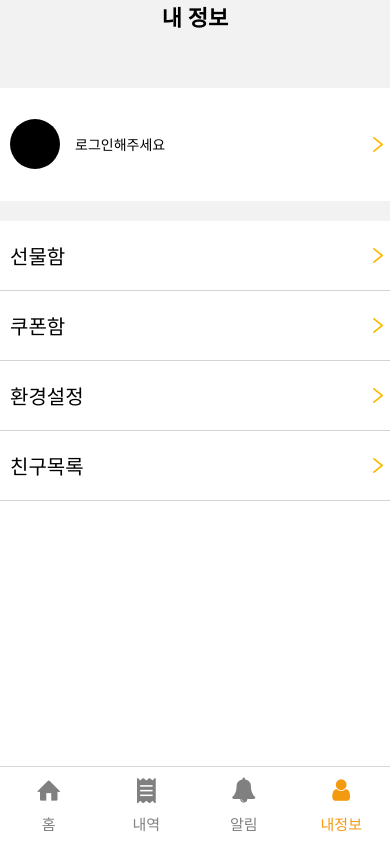
Repository: Unique0902/GachiDutch
Screen: /User
The author's editor kept a copy of each file at every save. The screen is drawn from the files as they stood at one save, then again after the next save.
The app was drawn by React Native's web renderer in a window 390 px wide. The project was rebuilt for these pictures with package versions that can differ from the ones it lists, and the page was loaded fresh each time. Some packages were replaced by stand-ins written for this rebuild. Also part of the build but not shown: sources/components/lowBar/lowBar.jsx, sources/components/taxi/taxi.jsx, sources/components/alarm/alert.js, sources/components/alarm/alarm.jsx, sources/components/dutch_history/dutch_history.jsx, sources/components/dutchpay_historys/dutchpay_historys.jsx, sources/components/delivery_historys/delivery_historys.jsx, sources/components/taxi_historys/taxi_historys.jsx and 3 more.

Above is the screen before, as saved 2022-11-11 17:05:30.

### App.js
import React from 'react';
import { StyleSheet, Text, View, Image } from 'react-native';
import Home from './sources/components/home/home';
import { NavigationContainer } from '@react-navigation/native';
import { createNativeStackNavigator } from '@react-navigation/native-stack';
import Taxi from './sources/components/taxi/taxi';
import Main from './sources/routes/main/main';
import Login from './sources/routes/login/login';
import HttpClient from './sources/network/http.js';
import ReceiptService from './sources/services/receipt.js';
import Ready from './sources/components/ready/ready';

const Stack = createNativeStackNavigator();
const baseURL = 'https://dutch-server.herokuapp.com';
const httpClient = new HttpClient(baseURL);
const receiptService = new ReceiptService(baseURL);

export default function App() {
  return (
    <>
      <NavigationContainer>
        <Stack.Navigator screenOptions={{ headerShown: false }}>
          <Stack.Screen
            name='Main'
            children={({ navigation, route }) => (
              <Main
                receiptService={receiptService}
                navigation={navigation}
                route={route}
              />
            )}
          />
          <Stack.Screen name='Taxi' component={Taxi} />
          <Stack.Screen name='Login' component={Login} />
          <Stack.Screen name='Ready' component={Ready} />
        </Stack.Navigator>
      </NavigationContainer>
    </>
  );
}

const styles = StyleSheet.create({
  header: {
    flexDirection: 'row',
    alignItems: 'center',
    justifyContent: 'space-between',
    margin: 25,
  },
  main: {},
  container: {
    flex: 1,
    backgroundColor: '#fff',
    alignItems: 'center',
    justifyContent: 'center',
  },
  logo: {
    width: 150,
    height: 30,
  },
});

### sources/components/home/home.jsx
import React, { useRef, useState, useEffect } from 'react';
import {
  StyleSheet,
  Text,
  View,
  Image,
  Button,
  Pressable,
  ScrollView,
  Dimensions,
} from 'react-native';
import { Entypo } from '@expo/vector-icons';
import { FontAwesome } from '@expo/vector-icons';
import { FontAwesome5 } from '@expo/vector-icons';
import LowBar from '../lowBar/lowBar';
import { isLogin, getUid } from '../../services/asyncstorage';
import { StatusBar } from 'react-native';

const Home = ({ login, setLogin, navigation, setUserData, userData }) => {
  const [scrollNum, setScrollNum] = useState(1);
  const windowWidth = Dimensions.get('window').width;
  const statusBarHeight = StatusBar.currentHeight;
  const headerStyle = {
    marginTop: statusBarHeight,
  };
  let advertisementWidth = windowWidth - 40;
  const scrollWidth = parseInt(advertisementWidth);
  let scrollLeft = 0;

  const advertisementStyle = () => {
    return {
      width: advertisementWidth,
    };
  };
  const pageCircleStyle = (num) => {
    if (scrollNum === num) {
      return {
        color: '#FB9700',
      };
    } else {
      return {
        color: '#FFFDD1',
      };
    }
  };
  const scrollRef = useRef();
  return (
    <View style={[styles.home, headerStyle]}>
      <View style={styles.top}>
        <View style={styles.header}>
          <Image
            source={require('../../images/dutch_logo.png')}
            style={styles.logo}
          />
          <Pressable
            onPress={() => {
              navigation.navigate('Ready');
            }}
          >
            <Entypo name='menu' size={35} color='black' />
          </Pressable>
        </View>
        <View style={styles.mainTop}>
          {login ? (
            <View style={styles.onLogin}>
              <Text style={styles.onLoginText}>
                {userData && userData.name}님 반가워요!
              </Text>
            </View>
          ) : (
            <View style={styles.login}>
              <View style={styles.loginTop}>
                <Pressable
                  style={styles.loginBtn}
                  onPress={() =>
                    navigation.navigate('Login', { setLogin, setUserData })
                  }
                >
                  <Text style={[styles.loginText, styles.loginBtnText]}>
                    로그인
                  </Text>
                </Pressable>
                <Text style={styles.loginText}>하시고</Text>
              </View>
              <Text style={styles.loginText}>다양한 혜택을 만나 보세요!</Text>
            </View>
          )}
          <View style={styles.advertisementBox}>
            <ScrollView
              horizontal
              pagingEnabled
              contentContainerStyle={styles.advertisementScroll}
              ref={scrollRef}
              onScroll={(e) => {
                scrollLeft = parseInt(e.nativeEvent.contentOffset.x);
                if (scrollLeft % scrollWidth < 10) {
                  setScrollNum(parseInt(scrollLeft / scrollWidth + 1));
                }
              }}
              scrollEventThrottle={100}
              showsHorizontalScrollIndicator={false}
            >
              <Pressable
                style={[styles.advertisement, advertisementStyle()]}
                onPress={() => {
                  navigation.navigate('Ready');
                }}
              >
                <Image
                  source={require('../../images/advertisement_img.png')}
                  style={styles.advertisementImg}
                />
                <Text style={styles.advertisementText}>
                  같이 더치로{'\n'}편리하게 이용하세요
                </Text>
              </Pressable>
              <Pressable
                style={[styles.advertisement, advertisementStyle()]}
                onPress={() => {
                  navigation.navigate('Ready');
                }}
              >
                <Image
                  source={require('../../images/advertisement_img.png')}
                  style={styles.advertisementImg}
                />
                <Text style={styles.advertisementText}>
                  같이 더치로{'\n'}편리하게 이용하세요
                </Text>
              </Pressable>
              <Pressable
                style={[styles.advertisement, advertisementStyle()]}
                onPress={() => {
                  navigation.navigate('Ready');
                }}
              >
                <Image
                  source={require('../../images/advertisement_img.png')}
                  style={styles.advertisementImg}
                />
                <Text style={styles.advertisementText}>
                  같이 더치로{'\n'}편리하게 이용하세요
                </Text>
              </Pressable>
              <Pressable
                style={[styles.advertisement, advertisementStyle()]}
                onPress={() => {
                  navigation.navigate('Ready');
                }}
              >
                <Image
                  source={require('../../images/advertisement_img.png')}
                  style={styles.advertisementImg}
                />
                <Text style={styles.advertisementText}>
                  같이 더치로{'\n'}편리하게 이용하세요
                </Text>
              </Pressable>
            </ScrollView>
            <View style={styles.pageCircles}>
              <FontAwesome
                style={[styles.pageCircle, pageCircleStyle(1)]}
                name='circle'
                size={10}
                color='white'
              />
              <FontAwesome
                style={[styles.pageCircle, pageCircleStyle(2)]}
                name='circle'
                size={10}
                color='white'
              />
              <FontAwesome
                style={[styles.pageCircle, pageCircleStyle(3)]}
                name='circle'
                size={10}
                color='white'
              />
              <FontAwesome
                style={[styles.pageCircle, pageCircleStyle(4)]}
                name='circle'
                size={10}
                color='white'
              />
            </View>
          </View>
        </View>
      </View>
      <Pressable
        style={styles.event}
        onPress={() => {
          navigation.navigate('Ready');
        }}
      >
        <View>
          <Text style={[styles.eventText, { fontSize: 20 }]}>
            이벤트 {'   '}|
          </Text>
        </View>
        <Text style={[styles.eventText, { fontSize: 15, marginLeft: 20 }]}>
          같이더치 월 결제로 10% 할인받자!
        </Text>
        <Text style={[styles.eventText, { fontSize: 20, marginLeft: 20 }]}>
          {'>'}
        </Text>
      </Pressable>

      <View style={styles.mainBottom}>
        <View style={styles.categories}>
          <View style={styles.topBtns}>
            <View style={styles.btnShadow}>
              <Pressable
                style={styles.goodsBtn}
                onPress={() => {
                  if (login) {
                    navigation.navigate('Taxi', { userData });
                  } else {
                    navigation.navigate('Login', { setLogin, setUserData });
                  }
                }}
              >
                <Image
                  source={require('../../images/taxi_img.png')}
                  style={styles.taxiImg}
                />
                <Text style={[styles.goodText, { marginTop: 20 }]}>택시</Text>
              </Pressable>
            </View>
            <View style={styles.btnShadow}>
              <Pressable
                style={styles.goodsBtn}
                onPress={() => {
                  navigation.navigate('Ready');
                }}
              >
                <Image
                  source={require('../../images/delivery_img.png')}
                  style={styles.taxiImg}
                />
                <Text style={[styles.goodText, { marginTop: 20 }]}>배달</Text>
              </Pressable>
            </View>
          </View>
          <View style={styles.downBtns}>
            <View style={styles.btnShadow}>
              <Pressable
                style={styles.downGoodsBtn}
                onPress={() => {
                  navigation.navigate('Ready');
                }}
              >
                <Image
                  source={require('../../images/taxi_human_img.png')}
                  style={styles.peopleImg}
                />
                <Text
                  style={[styles.goodText, { marginRight: 20, marginLeft: 20 }]}
                >
                  지인끼리
                </Text>
                <Image
                  source={require('../../images/location_img.png')}
                  style={styles.peopleImg}
                />
              </Pressable>
            </View>
          </View>
        </View>
      </View>
    </View>
  );
};

export default Home;

const styles = StyleSheet.create({
  home: {
    flex: 1,
    flexDirection: 'column',
  },
  loginText: {
    paddingVertical: 5,
  },
  header: {
    flexDirection: 'row',
    alignItems: 'center',
    justifyContent: 'space-between',
    margin: 0,
    flex: 1,
  },
  mainTop: {
    flex: 6,
  },
  top: {
    flex: 6,
    padding: 20,
  },
  loginBtn: {},
  login: {
    flex: 2,
    marginTop: 15,
  },
  onLogin: {
    flex: 2,
    marginTop: 15,
  },
  onLoginText: {
    marginTop: 10,
    fontSize: 25,
    fontWeight: '600',
    color: '#444444',
  },
  loginTop: {
    flexDirection: 'row',
    alignItems: 'center',
  },
  loginText: {
    fontSize: 18,
    color: '#444444',
  },
  loginBtnText: {
    color: '#F39910',
    textDecorationLine: 'underline',
    textDecorationStyle: 'solid',
    textDecorationColor: '#000',
  },
  mainBottom: {
    flex: 6,
    padding: 15,
  },
  advertisementScroll: {
    borderRadius: 15,
    position: 'relative',
  },
  advertisementBox: {
    flex: 4,
  },
  advertisement: {
    backgroundColor: '#FBBA00',
    borderRadius: 15,
    position: 'relative',
  },
  advertisementText: {
    color: 'white',
    fontSize: 20,
    fontWeight: '800',
    marginLeft: 30,
    marginTop: 25,
  },
  advertisementImg: {
    width: '100%',
    height: '87%',
    position: 'absolute',
    borderRadius: 20,
    bottom: 0,
  },
  pageCircles: {
    flexDirection: 'row',
    position: 'absolute',
    alignItems: 'center',
    bottom: 4,
    left: 140,
  },
  pageCircle: {
    marginLeft: 3,
    marginRight: 3,
  },
  event: {
    flex: 1,
    backgroundColor: '#3C4451',
    flexDirection: 'row',
    justifyContent: 'center',
    alignItems: 'center',
  },
  categories: {
    flex: 1,
  },
  topBtns: {
    flexDirection: 'row',
    flex: 3,
  },
  downBtns: {
    flex: 2,
  },
  goodsBtn: {
    borderRadius: 20,
    backgroundColor: 'white',
    width: '100%',
    height: '100%',
    alignItems: 'center',
    justifyContent: 'center',
  },
  downGoodsBtn: {
    borderRadius: 20,
    backgroundColor: 'white',
    width: '100%',
    height: '100%',
    flexDirection: 'row',
    justifyContent: 'center',
    alignItems: 'center',
  },
  goodText: {
    fontSize: 20,
    fontWeight: '600',
  },
  btnShadow: {
    flex: 1,
    shadowOffset: {
      width: 0,
      height: 1,
    },
    shadowOpacity: 0.18,
    borderRadius: 20,
    shadowRadius: 1.0,
    elevation: 1,
    margin: 5,
  },
  eventText: {
    color: 'white',
  },
  taxiImg: {
    width: 90,
    height: 90,
  },
  peopleImg: {
    width: 60,
    height: 67,
  },
  logo: {
    width: 150,
    height: 30,
  },
});

### sources/routes/main/main.jsx
import React, { useEffect, useRef, useState } from 'react';
import { View, Button, Text } from 'react-native';
import Home from '../../components/home/home';
import LowBar from '../../components/lowBar/lowBar';
import User from '../../components/user/user';
import Alarm from '../../components/alarm/alarm';
import Receipt from '../../components/receipt/receipt';
import { createBottomTabNavigator } from '@react-navigation/bottom-tabs';
import { Entypo } from '@expo/vector-icons';
import { FontAwesome } from '@expo/vector-icons';
import { FontAwesome5 } from '@expo/vector-icons';
import { isLogin, matchUserData } from '../../services/asyncstorage';

const Tab = createBottomTabNavigator();

const Main = ({ receiptService, navigation, route }) => {
  const [login, setLogin] = useState(false);
  const [userData, setUserData] = useState(null);
  useEffect(() => {
    isLogin().then((result) => {
      if (result) {
        setLogin(true);
        console.log('로그인 되어있음!');
        matchUserData(setUserData);
      } else {
        setLogin(false);
        console.log('로그인 안되어있음!');
      }
    });
  }, [login]);
  return (
    <>
      <View style={{ flex: 14 }}>
        <Tab.Navigator
          screenOptions={({ route }) => ({
            tabBarIcon: ({ color, size }) => {
              if (route.name === 'Home') {
                return <Entypo name='home' size={size} color={color} />;
              } else if (route.name === 'Receipt') {
                return (
                  <FontAwesome5 name='receipt' size={size} color={color} />
                );
              } else if (route.name === 'Alarm') {
                return <FontAwesome name='bell' size={size} color={color} />;
              } else if (route.name === 'User') {
                return <FontAwesome name='user' size={size} color={color} />;
              }
            },
            tabBarStyle: { flex: 0.1 },
            tabBarLabelStyle: {
              fontSize: 15,
              marginBottom: 10,
              fontWeight: '500',
            },
            tabBarActiveTintColor: '#F49A11',
            tabBarInactiveTintColor: 'gray',
            headerShown: false,
          })}
        >
          <Tab.Screen
            name='Home'
            options={({ route, navigation }) => {
              return { tabBarLabel: '홈' };
            }}
            children={({ navigation }) => (
              <Home
                login={login}
                setLogin={setLogin}
                navigation={navigation}
                setUserData={setUserData}
                userData={userData}
              />
            )}
          />
          <Tab.Screen
            name='Receipt'
            options={({ route, navigation }) => {
              return { tabBarLabel: '내역' };
            }}
            children={({ navigation, route }) => (
              <Receipt
                login={login}
                navigation={navigation}
                receiptService={receiptService}
                userData={userData}
                route={route}
              />
            )}
          />
          <Tab.Screen
            options={({ route, navigation }) => {
              return { tabBarLabel: '알림' };
            }}
            name='Alarm'
            children={({ navigation }) => (
              <Alarm login={login} navigation={navigation} />
            )}
          />
          <Tab.Screen
            options={({ route, navigation }) => {
              return { tabBarLabel: '내정보' };
            }}
            name='User'
            children={({ navigation }) => (
              <User
                login={login}
                setLogin={setLogin}
                navigation={navigation}
                setUserData={setUserData}
                userData={userData}
              />
            )}
          />
        </Tab.Navigator>
      </View>
    </>
  );
};

export default Main;

### sources/network/http.js
export default class HttpClient {
  constructor(baseURL) {
    this.baseURL = baseURL;
  }

  async fetch(url, options) {
    const res = await fetch(`${this.baseURL}${url}`, {
      ...options,
      headers: {
        'Content-Type': 'application/json',
        ...options.headers,
      },
    });
    let data;
    try {
      data = await res.json();
    } catch (error) {
      console.error(error);
    }

    if (res.status > 299 || res.status < 200) {
      const message =
        data && data.message ? data.message : 'Something went wrong! 🤪';
      const error = new Error(message);
      throw error;
    }
    return data;
  }
}

### sources/services/receipt.js
export default class ReceiptService {
  constructor(http) {
    this.http = http;
  }

  getTexiHistorys = async (userId) => {
    return await fetch(`${this.http}/receipt/all/${userId}`, {
      method: 'GET',
    });
  };
}

### sources/services/asyncstorage.js
import AsyncStorage from '@react-native-async-storage/async-storage';

export const isLogin = async () => {
  try {
    const loginDatas = await AsyncStorage.getItem('loginDatas');
    console.log(loginDatas);
    if (loginDatas) {
      return true;
    } else {
      return false;
    }
  } catch (e) {
    console.error(e);
  }
};

export const logout = async () => {
  try {
    await AsyncStorage.removeItem('loginDatas');
  } catch (error) {
    console.error(error);
  }
};

export const getRefreshToken = async () => {
  try {
    const loginDatas = await AsyncStorage.getItem('loginDatas');
    if (loginDatas) {
      return JSON.parse(loginDatas).refreshToken;
    }
  } catch (e) {
    console.error(e);
  }
};

export const getUid = async () => {
  try {
    const loginDatas = await AsyncStorage.getItem('loginDatas');
    if (loginDatas) {
      return JSON.parse(loginDatas).uid;
    }
  } catch (e) {
    console.error(e);
  }
};

export const matchUserData = async (setUserData) => {
  try {
    const loginDatas = await AsyncStorage.getItem('loginDatas');
    if (loginDatas) {
      return setUserData(JSON.parse(loginDatas));
    }
  } catch (e) {
    console.error(e);
  }
};

### sources/components/user/user.jsx
import React, { useEffect, useRef, useState } from 'react';
import { StatusBar } from 'react-native';
import {
  StyleSheet,
  Text,
  View,
  Pressable,
  ScrollView,
  Image,
} from 'react-native';
import { AntDesign } from '@expo/vector-icons';
import { isLogin, logout } from '../../services/asyncstorage';

export default function User({
  login,
  setLogin,
  navigation,
  setUserData,
  userData,
}) {
  const statusBarHeight = StatusBar.currentHeight;
  const headerStyle = {
    marginTop: statusBarHeight,
  };
  const onProfilePress = () => {
    console.log('profile pressed');
  };
  const onProfileInfoPress = () => {
    if (login) {
    } else {
      navigation.navigate('Login', { setLogin: setLogin });
    }
  };
  useEffect(() => {
    console.log(login);
  }, []);
  return (
    <View style={styles.container}>
      <View style={[styles.header, headerStyle]}>
        <Text style={styles.headerText}>내 정보</Text>
      </View>
      <Pressable style={styles.profileBtn}>
        <Pressable onPress={onProfilePress}>
          <Image style={styles.profileImage} />
        </Pressable>
        <View style={styles.profileName}>
          {login ? (
            <>
              <Text style={styles.nameText}>{userData && userData.name}</Text>
            </>
          ) : (
            <>
              <Text>로그인해주세요</Text>
            </>
          )}
        </View>
        <AntDesign style={styles.enter} name='right' size={20} />
      </Pressable>
      <View style={styles.menus}>
        <ScrollView>
          <Pressable style={styles.enterMenu}>
            <Text style={styles.menuText}>선물함</Text>
            <AntDesign style={styles.enter} name='right' size={20} />
          </Pressable>
          <Pressable style={styles.enterMenu}>
            <Text style={styles.menuText}>쿠폰함</Text>
            <AntDesign style={styles.enter} name='right' size={20} />
          </Pressable>
          <Pressable style={styles.enterMenu}>
            <Text style={styles.menuText}>환경설정</Text>
            <AntDesign style={styles.enter} name='right' size={20} />
          </Pressable>
          <Pressable style={styles.enterMenu}>
            <Text style={styles.menuText}>친구목록</Text>
            <AntDesign style={styles.enter} name='right' size={20} />
          </Pressable>
          {/* {login && (
          <Pressable style={styles.logoutBtn}>
            <Text
              style={styles.logoutText}
              onPress={() => {
                logout().then(() => {
                  setLogin(false);
                  console.log('로그아웃됨!');
                  setUserData(null);
                  navigation.navigate('Main', { screen: 'Home' });
                });
              }}
            >
              로그아웃
            </Text>
          </Pressable>
        )} */}
        </ScrollView>
      </View>
    </View>
    //내정보
  );
}

const styles = StyleSheet.create({
  container: {
    flex: 1,
  },
  header: {
    flex: 1,
  },
  headerText: {
    fontSize: 22,
    fontWeight: '600',
    alignSelf: 'center',
  },
  enterMenu: {
    justifyContent: 'space-between',
    alignItems: 'center',
    flexDirection: 'row',
    padding: 20,
    paddingHorizontal: 10,
    borderBottomColor: 'lightgray',
    borderBottomWidth: 1,
    borderStyle: 'solid',
  },
  menus: {
    flex: 8,
    backgroundColor: 'white',
    marginTop: 20,
  },
  menuText: {
    fontSize: 20,
    fontWeight: '500',
  },
  nameText: {
    fontSize: 20,
    fontWeight: '600',
  },
  profileImage: {
    width: 50,
    height: 50,
    borderRadius: 100,
    backgroundColor: 'black',
  },
  infoArea: {
    flexDirection: 'column',
  },
  infoText: {
    fontSize: 24,
    fontWeight: '500',
  },
  profileBtn: {
    flex: 1.5,
    marginTop: 20,
    padding: 5,
    paddingHorizontal: 10,
    flexDirection: 'row',
    alignItems: 'center',
    backgroundColor: 'white',
  },
  logoutText: {
    fontSize: 20,
    fontWeight: '500',
    color: 'red',
  },
  profileName: {
    marginLeft: 15,
  },
  enter: {
    position: 'absolute',
    right: 2,
    color: '#FBBA00',
  },
});

Loaded but not shown: index.js (common file)

After the next save:
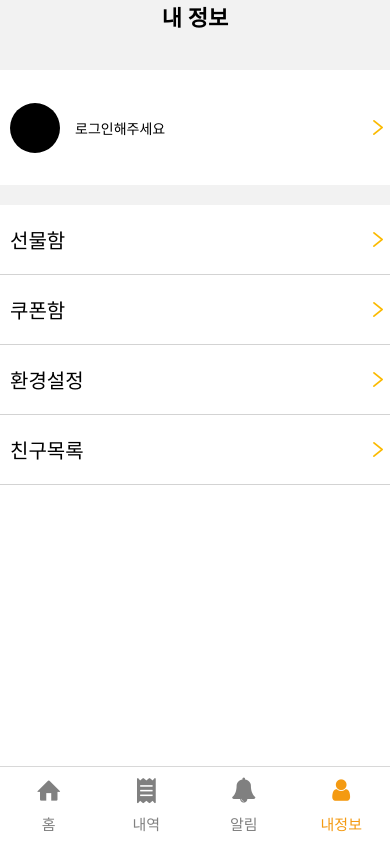
Saved 54 s later.
--- a/sources/components/user/user.jsx
+++ b/sources/components/user/user.jsx
@@ -148,7 +148,6 @@ const styles = StyleSheet.create({
   },
   profileBtn: {
     flex: 1.5,
-    marginTop: 20,
     padding: 5,
     paddingHorizontal: 10,
     flexDirection: 'row',
